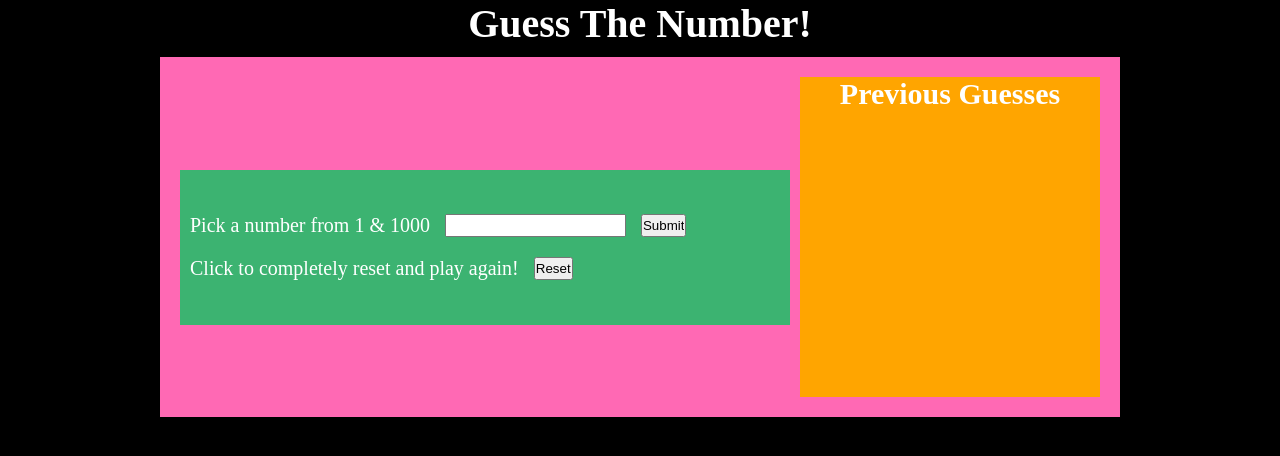
Repository: mlmEFSC21/P14-Guessing-Game
Page: guess.html
An editor plug-in stored every save of this project. The page is shown before and after the next save, followed by the edit.
The browser window is 1280 px wide. The pictures show the whole page.

Above is the page before, as saved 2022-03-17 14:47:19.

After the next save:
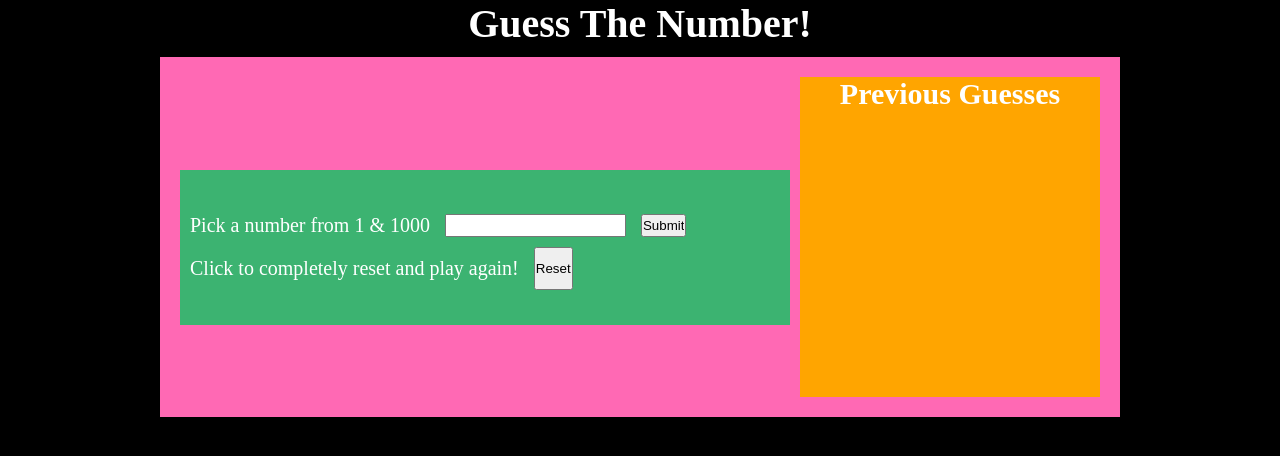
Saved 25 h 46 min later.
--- a/guess.html
+++ b/guess.html
@@ -20,7 +20,7 @@
                         <input type="text" name="guessInput" id="guessInput" />
                         <input type="button" id="submitBtn" value="Submit" />
                         <label for="resetBtn">Click to completely reset and play again!</label>
-                        <input type="button" id="resetBtn" value="Reset" />
+                        <button type="button" id="resetBtn" value="Reset">Reset</button>
                     </form>
                 </div>
                 <div class="guessesContainer" id="guessesContainer">
